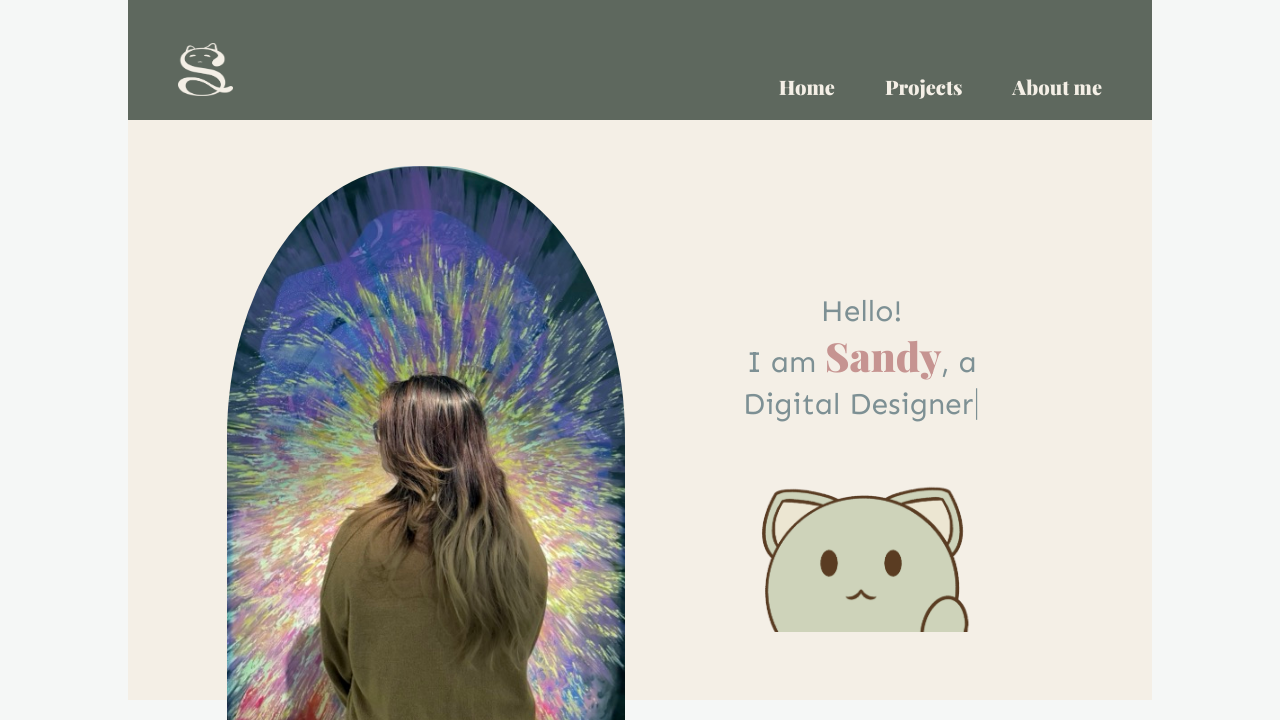
Repository: SandyLy453/portfolio
Page: /
An editor plug-in stored every save of this project. The page is shown before and after the next save, followed by the edit.
The browser window is 1280 px wide. The pictures show the whole page.
An inner scrolling area shows only its first screen. The project was rebuilt for these pictures with package versions that can differ from the ones it lists, and the page was loaded fresh each time. The framework's server and built-in components were replaced by stand-ins that run in the browser. Also part of the build but not shown: next.config.mjs, modules/Footer/Footer.module.css, modules/Footer/Footer.js, modules/ProjectCard/ProjectCard.module.css, modules/ProjectCard/Projectcard.js.

Above is the page before, as saved 2025-02-17 18:11:29.

### pages/_app.js
import { useEffect } from "react";
import { useRouter } from "next/router";
import { Playfair_Display, Sen } from 'next/font/google';
import '../styles/globals.css';

const playfairDisplay = Playfair_Display({
  weight: ['400', '900'],
  style: ['normal', 'italic'],
  subsets: ['latin'],
});

const sen = Sen({
  weight: ['400', '700', '800'],
  subsets: ['latin'],
});

export default function App({ Component, pageProps }) {

  const router = useRouter();

  useEffect(() => {
    const handleRouteChangeComplete = (url) => {
        if (url.startsWith("/projects")) {
            window.location.reload();
        } else if (url.startsWith("/project")) {
          window.location.reload();
        }
    };

    router.events.on("routeChangeComplete", handleRouteChangeComplete);

    return () => {
        router.events.off("routeChangeComplete", handleRouteChangeComplete);
    };
}, [router]);


  return (
    <main className={`${playfairDisplay.className} ${sen.className}`}>
      <Component {...pageProps} />
    </main>
  )
}

### pages/_document.js
import { Html, Head, Main, NextScript } from "next/document";


export default function Document() {
  return (
    <Html lang="en">
      <Head>
        <title>San San's Tea Room</title>
        <link rel="icon" href="/favicon.ico" />

        <link rel="preconnect" href="https://fonts.googleapis.com" />
        <link rel="preconnect" href="https://fonts.gstatic.com" crossorigin="anonymous" />
        <link
          href="https://fonts.googleapis.com/css2?family=Playfair+Display:wght@400;900&family=Sen:wght@400;700;800&display=swap"
          rel="stylesheet"
        />
      </Head>
      <body>
        <Main />
        <NextScript />
      </body>
    </Html>
  );
}

### pages/index.js
import Image from "next/image";
import Link from "next/link";
import styles from "@/styles/Home.module.css";
import { useState, useEffect } from "react";
import Header from "@/modules/Header/Header";
import Footer from "@/modules/Footer/Footer";
import ProjectCard from "@/modules/ProjectCard/Projectcard";
import ShowCase from "@/modules/ShowCase/ShowCase";

export default function Home() {

  const projects = [
    {
      photos: ["/aether-cover.png"],
      alt: "Aether cover",
      title: "Aether",
      description: "Case Study - A AI-powered form-filling app",
      date: "September 2024 - December 2024",
      link: "/projects/Aether",
    },
    {
      photos: ["/post1.png", "/post2.png", "/post3.png"],
      alt: "Poster slides show",
      title: "Poster design",
      description:
        "Product design - Series of posters based on the anime/ manga Detective Conan.",
      date: "December 2024",
      link: "/projects/Poster",
    },
    {
      photos: ["/can1.png", "/can2.png", "/can3.png"],
      alt: "Can design slide show",
      title: "DiLo Tea Can",
      description: "Product design - Tea Can",
      date: "November 2024",
      link: "/projects/CanDesign",
    },
    {
      photos: ["/mockup2.png"],
      alt: "Magazine cover",
      title: "Magazine",
      description: "Magazine design - An architectural magazine",
      date: "November 2024",
      link: "/projects/Magazine",
    },
    {
      photos: ["/clotho.png"],
      alt: "Clotho app",
      title: "Clotho",
      description: "Clotho - A closet organize app",
      date: "March 2024 - May 2024",
      link: "/projects/Clotho",
    },
    {
      photos: ["/cam.png"],
      alt: "Camera vector graphic",
      title: "Mechanical Object Vector Graphic",
      description: "Using vector to draw mechanical objects",
      date: "December 2023",
      link: "/projects/MechanicalObject",
    },
  ];

  const [visibleProjects, setVisibleProjects] = useState(6);

  const roles = ["UX/UI Designer", "Digital Designer", "Web Developer"];
  const [text, setText] = useState("");
  const [index, setIndex] = useState(0);
  const [charIndex, setCharIndex] = useState(0);
  const [deleting, setDeleting] = useState(false);

  useEffect(() => {
    const currentRole = roles[index];

    let timeout;

    if (deleting) {
      timeout = setTimeout(() => {
        setText(currentRole.substring(0, charIndex - 1));
        setCharIndex((prev) => prev - 1);
      }, 50);
    } else {
      timeout = setTimeout(() => {
        setText(currentRole.substring(0, charIndex + 1));
        setCharIndex((prev) => prev + 1);
      }, 100);
    }

    if (!deleting && charIndex === currentRole.length) {
      setTimeout(() => setDeleting(true), 1000);
    } else if (deleting && charIndex === 0) {
      setDeleting(false);
      setIndex((prevIndex) => (prevIndex + 1) % roles.length);
    }

    return () => clearTimeout(timeout);
  }, [charIndex, deleting, index, roles]);

  return (
    <>
      <Header/>

      <main className={styles.main}>
        <div className={styles.top}>
          <div className={styles.image}>
            <Image src={'/cover.jpeg'} alt="cover photo" className={styles.coverPhoto} width={300} height={420} />
          </div>

          <div className={styles.info}>
            <p className={styles.role}>Hello!</p>
            <p className={styles.role}>I am <span className={styles.name}>Sandy</span>, a</p>
            <p className={styles.role}>
              {text}
              <span className={styles.cursor}>|</span>
            </p>
            <Image src={'/hi.GIF'} alt="greeting gif" className={styles.gif} width={294} height={129} />
          </div>
        </div>

        <ShowCase/>

        <div className={styles.sectionBreaker}>
          <span> Let's connect! </span>
        </div>

        <div className={styles.connect}>
          <Link
            className={styles.link}
            href={"mailto:sandy.lyth453@gmail.com"}
            target="_blank"
          >
            <p className={styles.connectInfo}>Email</p>
          </Link>
          <Link
            className={styles.link}
            href={"https://www.instagram.com/sansan_lyth?igsh=MThxOTR1ZTlyY3R1dw%3D%3D&utm_source=qr"}
            target="_blank"
          >
            <p className={styles.connectInfo}>Instagram</p>
          </Link>
          <Link
            className={styles.link}
            href={"https://www.linkedin.com/in/boisan-sandy-ly/"}
            target="_blank"
          >
            <p className={styles.connectInfo}>LinkedIn</p>
          </Link>
          <Link
            className={styles.link}
            href={"/Sandy_Ly_Resume.pdf"}
            target="_blank"
          >
            <p className={styles.connectInfo}>Resume</p>
          </Link>
        </div>
      </main>

      <footer className={styles.footer}>
        <p className={styles.copyright}>© Made by Sandy Ly • 2025</p>
      </footer>
    </>
  );
}

### styles/globals.css
:root {
  --mauveMorn: #ecd6d6;
  --mauveShadow: #B59BA6;
  --moss: #5E7975;
  --brightWhite: #f5f7f6;
  --white: #fff;

  --spaBlue: #D3DEDF;
  --forest: #5E685E;
  --midnight: #3D4D55;
  --stormCloud: #676767;
  --cream: #f4EFE6;
  --cloud: #FEFCF6;
}

html,
body {
  padding: 0;
  margin: 0;
  background-color: #f5f7f6;
  width: 100vw;
  height: 100vh;
  overflow-x: hidden;
  scroll-behavior: auto;

  font-family: "Playfair Display", serif;
  font-optical-sizing: auto;
  color: var(--stormCloud);
  cursor: url('/hehe.webp') 16 16, auto;
}

header {
  margin: 0;
  padding: 0;
  box-sizing: border-box;
}

* {
  margin: 0;
  padding: 0;
  box-sizing: border-box; /* Reset styles for all elements */
}

h1, h2, h3, h4, h5, span {
  font-family: "Playfair Display", serif;
}

a, button {
  cursor: url('/haha.webp') 16 16, pointer;
}

### styles/Home.module.css
.page {
  margin: 0;
  padding: 0;
}

.main {
  min-height: 100vh;
  width: 70vw;
  margin: auto;
  margin-top: 0;
  margin-top: 120px;
}

.top {
  width: 100%;
  min-height: 480px;
  background-color: var(--cream);
  align-items: center;
  display: flex;
  flex-direction: row;
  padding: 0;
  flex-wrap: wrap;
  justify-content: center;
}

.coverPhoto {
  border-radius: 47% 47% 0 0;
  margin: 0 6rem;
  position: relative;
  bottom: -30px;
}

.info {
  text-align: center;
  margin-top: 100px;
  width: 30vw;
}

.name {
  font-size: 54px;
  color: #C69491;
  font-weight: 600;
  font-family: "Playfair Display", serif;
}

.role {
  font-size: 44px;
  color: #7D9094;
  font-weight: 500;
}

.loca {
  font-size: 20px;
  color: #7D9094;
  padding-top: 10px;
}

.gif {
  position: relative;
  bottom: -36px;
}

.sectionBreaker {
  display: flex;
  align-items: center;
  justify-content: center;
  margin: 40px 0;
  position: relative;
}

.sectionBreaker::before,
.sectionBreaker::after {
  content: "";
  flex: 1;
  height: 2px;
  background: #d3d3d3;
  margin: 0;
}

.sectionBreaker span {
  color: #7D9094;
  margin: 0 10px;
  font-size: 20px;
  font-style: italic;
}

.pjSection {
  display: flex;
  flex-direction: row;
  flex-wrap: wrap;
  justify-content:space-between;
  align-items: flex-start;
  margin: 0 auto;
  margin-bottom: 50px;
  gap: 1rem;
  max-width: 1350px;
}

.connect {
  margin-bottom: 200px;
}

.link {
  text-decoration: none;
  color: var(--mauveShadow);
  width: 100%;
  font-weight: 500;
}

.link:hover {
  color: var(--forest);
  font-weight: 900;
}

.connectInfo {
  font-size: 54px;
  margin: 20px 0;
  font-family: "Playfair Display", serif;
  position: relative;
  display: inline-block;
  padding: 10px 20px;
  text-decoration: none;
  width: 100%;
  overflow: hidden;
  transition: color 0.3s ease-in-out, font-weight 0.3s ease-in-out;
  font-weight: 500;
}

.connectInfo::before {
  content: "";
  position: absolute;
  top: 0;
  left: -100%;
  width: 100%;
  height: 100%;
  background: linear-gradient(to right, rgba(0, 0, 0, 0.1), rgba(0, 0, 0, 0.3));
  transition: left 0.4s ease-in-out;
  z-index: -1; /* Ensure background does not cover text */
}

/* Make background visible when hovering */
.connectInfo:hover::before,
.connectInfo:active::before {
  left: 0;
}

/* Text color and weight on hover */
.connectInfo:hover {
  color: var(--forest); /* Hover text color */
  font-weight: 900;
}

/* Arrow effect */
.connectInfo::after {
  content: " →";
  opacity: 0;
  position: absolute;
  right: 10px;
  top: 50%;
  transform: translateY(-50%);
  transition: opacity 0.3s ease-in-out, transform 0.3s ease-in-out;
  color: var(--forest);
}

.connectInfo:hover::after,
.connectInfo:active::after {
  opacity: 1;
  transform: translate(8px, -50%);
}


.footer {
  margin-bottom: 20px;
}

.copyright {
  text-align: center;
  font-style: italic;
  color: var(--forest);
  width: 100%;
}





@media screen and (max-width: 1460px) {
  .pjSection {
    gap: 20px;
  }

  .main {
    width: 80vw;
  }

  .top {
    min-height: 400px;
  }

  .coverPhoto {
    width: 90%;
    height: auto;
    margin: 0;
    bottom: -46px;
    left: 0px;
  }

  .info {
    margin-top: 50px;
  }

  .gif {
    bottom: -3.7rem;
    width: 90%;
    height: auto;
  }

  .name {
    font-size: 40px;
  }

  .role {
    font-size: 30px;
  }

  .loca {
    font-size: 18px;
  }

  .pjSection {
    gap: 15px;
    justify-content: center;
  }
}



@media screen and (max-width: 768px) {
  .main {
    width: 100vw;
  }

  .coverPhoto {
    margin: 0 auto;
    bottom: -20px;
    width: 70vw;
    height: auto;
  }

  .info {
    margin-top: 50px;
    width: 90vw;
  }

  .name {
    font-size: 36px;
  }

  .role {
    font-size: 20px;
  }

  .loca {
    font-size: 18px;
  }

  .pjSection {
    gap: 15px;
    justify-content: center;
  }

  .gif {
    position: relative;
    bottom: -4px;
    margin-top: 10px;
  }
}

### modules/Header/Header.js
import Image from "next/image";
import Link from "next/link";
import styles from './Header.module.css';
import { useState, useRef } from "react";

export default function Header() {
    const audioRef = useRef(null);
    const [menuOpen, setMenuOpen] = useState(false);

    const playSound = () => {
        if (audioRef.current) {
            audioRef.current.currentTime = 0;
            audioRef.current.play().catch(error => console.log("Audio playback error:", error));
        }
    };

    return (
        <header className={`${styles.header} ${menuOpen ? styles.headerExpanded : ""}`}>
            {/* Logo */}
            <div className={styles.logoBox}>
                <Link href={'/'}>
                    <Image
                        src={'/logo.png'}
                        alt="logo"
                        className={styles.logo}
                        width={55}
                        height={53}
                        onMouseEnter={playSound}
                    />
                </Link>
            </div>

            <button className={styles.hamburger} onClick={() => setMenuOpen(!menuOpen)}>
                <Image
                    src={menuOpen ? "/menuOpen.png" : "/menuIcon.png"}
                    alt="Menu Toggle"
                    width={30}
                    height={21}
                />
            </button>

            <nav className={`${styles.menu} ${menuOpen ? styles.menuExpanded : ""}`}>
                <p className={styles.menuOption}><Link href={'/'} className={styles.link}>Home</Link></p>
                <p className={styles.menuOption}><Link href={'/project'} className={styles.link}>Projects</Link></p>
                <p className={styles.menuOption}><Link href={'/about'} className={styles.link}>About me</Link></p>
            </nav>

            <audio ref={audioRef} src="/cat.wav" preload="auto"></audio>
        </header>
    );
}

### modules/ShowCase/ShowCase.js
import Image from "next/image";
import { useState, useEffect, useRef } from "react";
import styles from './ShowCase.module.css';
import Link from "next/link";

export default function ShowCase() {
    const tags = ["Me", "UX/UI", "Graphic"];
    const images = {
        "Me": "/me.png",
        "UX/UI": "/uxui.png",
        "Graphic": "/3can.png",
    };
    const bigText = ["Sandy", "App Design", "Graphic Design"];
    const smallText = [
        "",
        "",
        ""
    ];
    const linkPath = ["/about", "/project", "/project"];
    const linkText = ["About Me →", "See More Project →", "See More Project →"];

    const [activeIndex, setActiveIndex] = useState(0);
    const [isFading, setIsFading] = useState(false);
    const [isPaused, setIsPaused] = useState(false);
    const intervalRef = useRef(null);

    const startLoop = () => {
        clearInterval(intervalRef.current);
        intervalRef.current = setInterval(() => {
            setIsFading(true);
            setTimeout(() => {
                setActiveIndex((prevIndex) => (prevIndex + 1) % tags.length);
                setIsFading(false);
            }, 500);
        }, 4000);
    };

    useEffect(() => {
        if (!isPaused) startLoop();
        return () => clearInterval(intervalRef.current);
    }, [isPaused]);

    const handlePause = (index) => {
        clearInterval(intervalRef.current);
        setIsPaused(true);
        setActiveIndex(index);
        setIsFading(false);
    };

    const handleResume = () => {
        setIsPaused(false);
    };

    return (
        <div className={styles.container}>
            <div className={styles.tagBox}>
                {tags.map((tag, index) => (
                    <div
                        key={tag}
                        className={`${styles.tag} ${activeIndex === index ? styles.active : ""}`}
                        onMouseEnter={() => handlePause(index)}
                        onMouseLeave={handleResume}
                        onTouchStart={() => handlePause(index)}
                        onTouchEnd={handleResume}
                    >
                        <p>{tag}</p>
                    </div>
                ))}
            </div>

            <div className={styles.right}>
                <div className={styles.photoBox}>
                    <Image
                        key={tags[activeIndex]}
                        src={images[tags[activeIndex]]}
                        alt={tags[activeIndex]}
                        width={600}
                        height={460}
                        className={`${styles.photo} ${isFading ? styles.fadeOut : styles.fadeIn}`}
                    />

                    <div className={styles.gradient}></div>
                    <div className={styles.text}>
                        <p className={styles.big}>{bigText[activeIndex]}</p>
                        <p className={styles.small}>{smallText[activeIndex]}</p>
                        <Link href={linkPath[activeIndex]} className={styles.littleLink}>
                            {linkText[activeIndex]}
                        </Link>
                    </div>
                </div>

                {/* <div className={styles.loadMoreContainer}>
                    <Link href="/project" passHref>
                        <button className={styles.loadMoreButton}>
                            More Projects
                        </button>
                    </Link>
                </div> */}
            </div>
        </div>
    );
}

### modules/Header/Header.module.css
.header {
    margin: 0 auto;
    width: 70vw;
    height: 120px;
    background-color: var(--forest);
    padding: 20px 50px;
    display: flex;
    flex-direction: row;
    justify-content: space-between;
    align-items: flex-end;
    position: fixed;
    right: 15vw;
    top: 0;
    z-index: 999;
    transition: height 0.3s ease-in-out;
}

.headerExpanded {
    min-height: 250px;
}

.menu {
    display: flex;
    flex-direction: row;
    gap: 50px;
    opacity: 1;
    transition: opacity 0.3s ease-in-out;
}

.menuExpanded {
    display: flex;
    flex-direction: column;
    align-items: flex-end;
    gap: 10px;
    width: 100%;
}


.menuOption {
    font-size: 20px;
    font-weight: 600;
}

.link {
    text-decoration: none;
    color: var(--cream);
    font-family: "Playfair Display", serif;
}

.link:hover {
    color: var(--midnight);
}

.hamburger {
    display: none;
    background: none;
    border: none;
    cursor: pointer;
}


@media screen and (max-width: 1460px) {
    .header {
        width: 80vw;
        right: 10vw;
    }
}

@media screen and (max-width: 768px) {
    .header {
        width: 100vw;
        min-height: 100px;
        right: 0;
        display: flex;
        flex-direction: row;
        align-items: center;
        justify-content: space-between;
        height: auto;
    }

    .hamburger {
        display: block;
        position: absolute;
        right: 20px;
        top: 40px;
        z-index: 10;
    }

    .logo {
        display: block;
        position: absolute;
        left: 20px;
        top: 20px;
        z-index: 10;
    }

    .menu {
        display: none;
        flex-direction: column;
        align-items: center;
        width: 100%;
        opacity: 0;
        transform: scaleY(0);
        transition: transform 0.3s ease-in-out, opacity 0.3s ease-in-out;
    }

    .menuExpanded {
        display: flex;
        opacity: 1;
        transform: scaleY(1);
    }

}

### modules/ShowCase/ShowCase.module.css
.container {
    margin: auto;
    margin-top: 50px;
    display: flex;
    flex-direction: row;
    justify-content: center;
    align-items: center;
    gap: 30px;
}

.tagBox {
    display: flex;
    justify-content: center;
    align-items: center;
    flex-direction: column;
}

.tag, .active {
    width: 100px;
    height: 100px;
    background-color: var(--cream);
    border-radius: 50%;
    display: flex;
    justify-content: center;
    align-items: center;
    margin: 10px;
    cursor: url('/haha.webp') 16 16, pointer;
    transition: background-color 0.3s ease-in-out, transform 0.2s ease-in-out;
}

.tag:hover, .active {
    background-color: var(--forest);
    transform: scale(1.05);
}

.tag p, .active p {
    color: var(--mauveShadow);
    opacity: 80%;
}

.tag:hover p, .active p {
    color: var(--mauveMorn);
    opacity: 100%;
}

.photoBox {
    width: 60vw;
    max-width: 1000px;
    aspect-ratio: 20 / 11;
    position: relative;
    display: flex;
    align-items: center;
    justify-content: center;
    overflow: hidden;
}

.photo {
    width: 100%;
    height: 100%;
    border-radius: 20px;
    object-fit: cover;
    position: absolute;
    transition: opacity 0.5s ease-in-out;
}

.fadeIn {
    opacity: 1;
}

.fadeOut {
    opacity: 0;
}

.loadMoreContainer {
    margin-top: 20px;
    display: flex;
    flex-direction: column;
    justify-content: flex-end;
    align-items: flex-end;
  }

  .loadMoreButton {
    height: 40px;
    width: 150px;
    background-color: var(--cream);
    color: var(--forest);
    border: 1px solid var(--forest);
    font-size: 18px;
    align-items: center;
    border-radius: 10px;
    margin-bottom: 50px;
  }

  .loadMoreButton:hover {
    background-color: var(--forest);
    color: var(--cream);
  }

  .gradient {
    position: absolute;
    top: 0;
    left: 0;
    width: 100%;
    height: 100%;
    background: linear-gradient(360deg, rgba(2,0,36,1) 0%, rgba(255,255,255,0) 55%);
    z-index: 2;
    pointer-events: none;
    border-radius: 20px;
}

.text {
    position: absolute;
    bottom: 0;
    right: 0;
    width: 100%;
    padding: 20px;
    color: white;
    z-index: 3;
    width: 50vw;
    max-width: 1000px;
    text-align: right;
}

.littleLink {
    text-decoration: underline;
    color: white;
    font-style: italic;
    margin: 20px 0;
}

.big {
    font-family: "Playfair Display", serif;
    font-size: 18px;
    margin: 15px 0;
    font-weight: 700;
}

.small {
    font-size: 15px;
    margin: 15px 0;
}

@media screen and (max-width: 1460px) {
    .container {
        flex-direction: column;
    }

    .tagBox {
        flex-direction: row;
    }

    .tag, .active {
        width: 70px;
        height: 70px;
    }

    .photoBox {
        width: 70vw;
    }

    .big {
        font-size: 16px;
    }

    .small,
    .littleLink {
        font-size: 12px;
    }
}

@media screen and (max-width: 768px) {
    .photoBox {
        width: 90vw;
    }

    .big {
        font-size: 12px;
    }

    .small,
    .littleLink {
        font-size: 10px;
    }
}

After the next save:
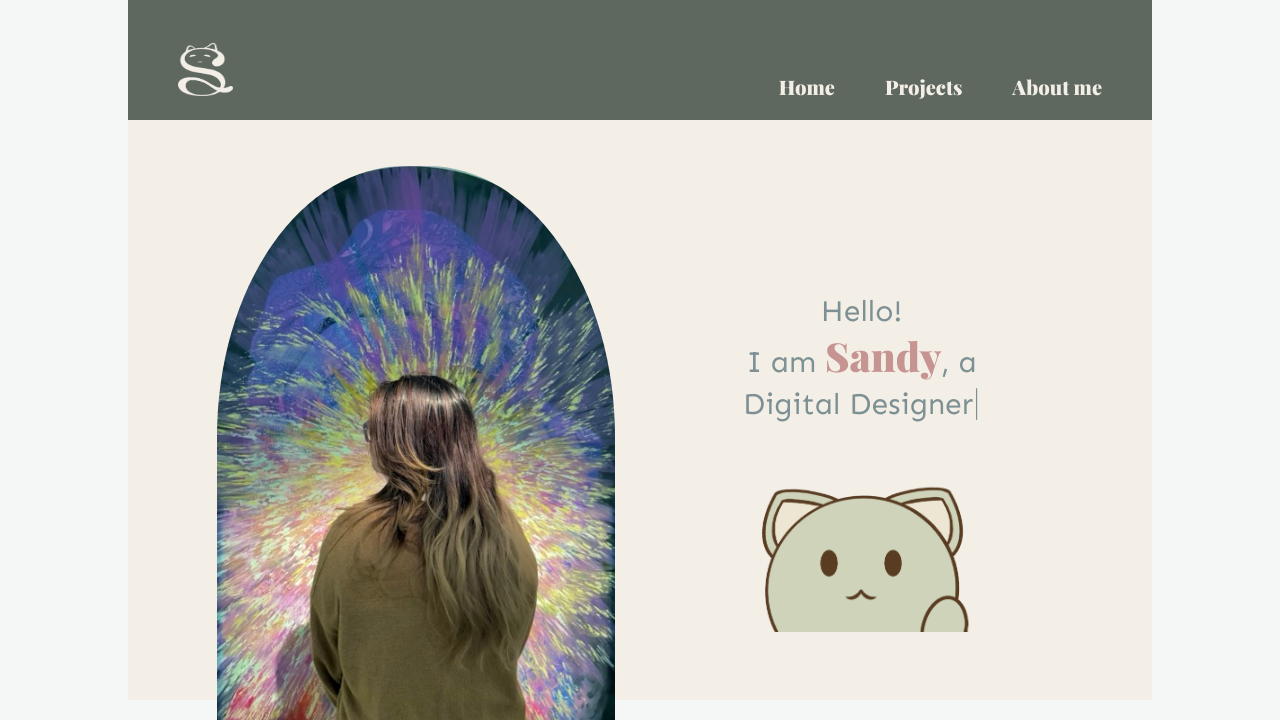
Saved 4 s later.
--- a/styles/Home.module.css
+++ b/styles/Home.module.css
@@ -202,7 +202,7 @@
     height: auto;
     margin: 0;
     bottom: -46px;
-    left: 0px;
+    left: -10px;
   }
 
   .info {
